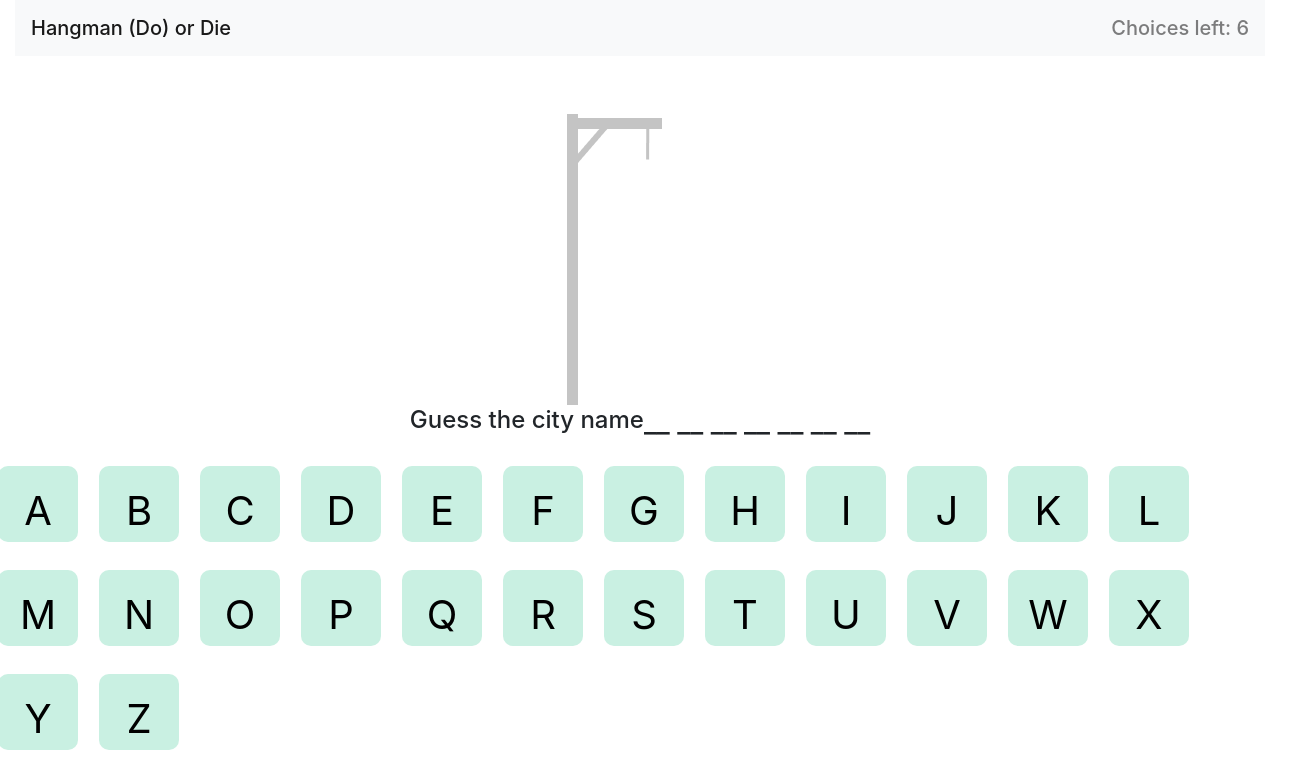
Repository: jatinhchanchlani/hangman
Page: /
The author's editor kept a copy of each file at every save. The page is drawn from the files as they stood at one save, then again after the next save.
The browser window is 1280 px wide. The page is 1295 px wide, so the pictures cover 1295 px, including what lies to the right of the window. The pictures show the whole page.
The project was rebuilt for these pictures with package versions that can differ from the ones it lists, and the page was loaded fresh each time. Also part of the build but not shown: src/App.css, src/components/reset.jsx.

Above is the page before, as saved 2020-10-25 17:37:22.

After the next save:
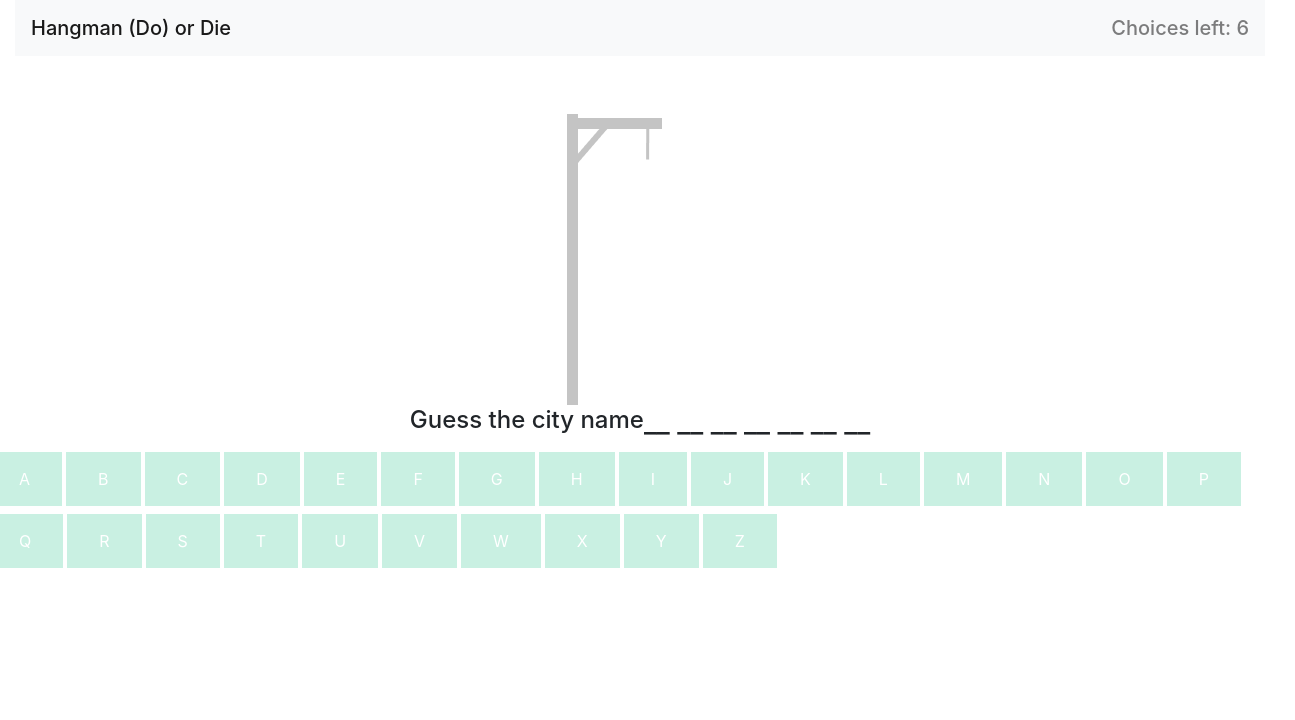
Saved 2 min 34 s later.
--- a/src/css/letters.css
+++ b/src/css/letters.css
@@ -1,13 +1,16 @@
 .letter-button {
+    background-color: #4CAF50;
+    /* Green */
     border: none;
-    font-family: inherit;
-    font-size: 2.5rem;
+    color: white;
+    padding: 15px 32px;
+    text-align: center;
+    text-decoration: none;
+    display: inline-block;
+    font-size: 16px;
+    margin: 4px 2px;
     cursor: pointer;
-    width: 5rem;
-    margin: 18px 8px 10px 13px;
-    letter-spacing: 0;
-    outline: none;
-    color: #000;
-    border-radius: 10px;
-    padding-top: 15px;
+    -webkit-transition-duration: 0.4s;
+    /* Safari */
+    transition-duration: 0.4s;
 }
